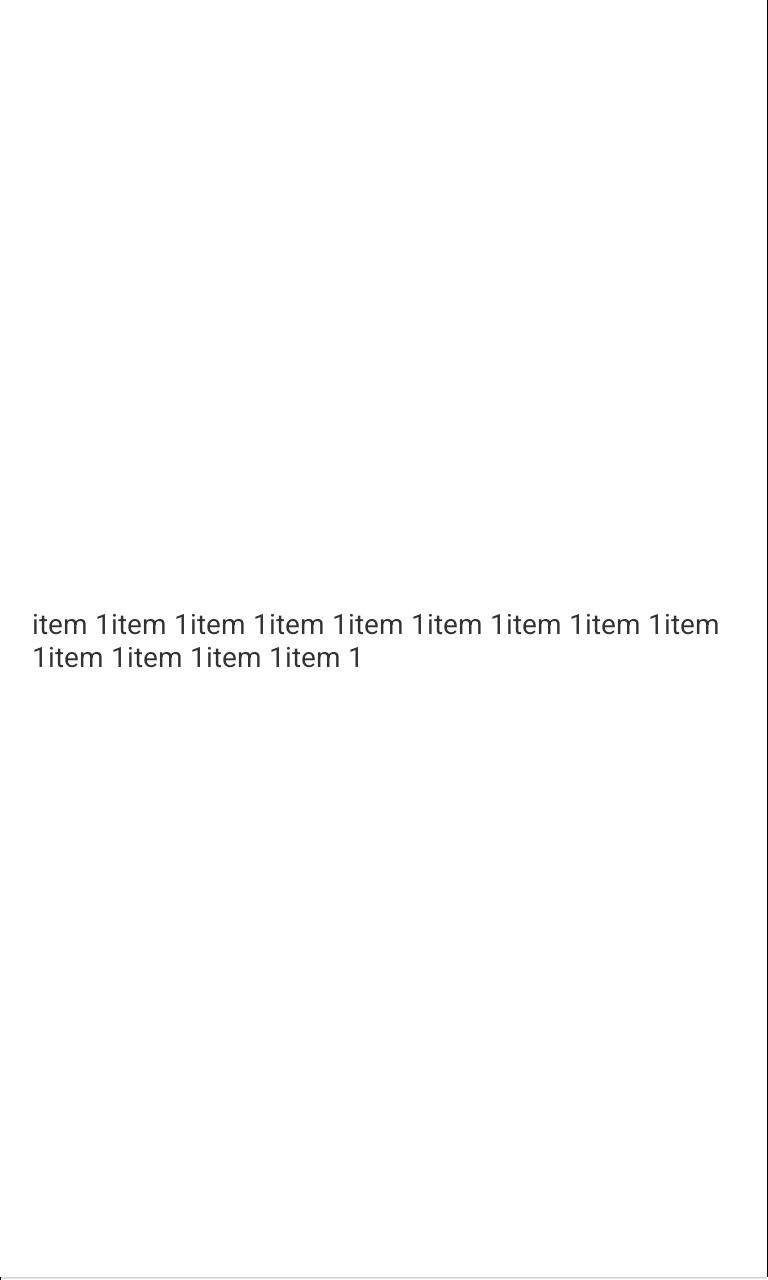
Repository: hellcan/privateReader
Layout: ToeflWrittingAssistant/res/layout/search_listview_item2_activity.xml
An editor plug-in stored every save of this project. The layout is shown before and after the next save, followed by the edit.
It is drawn on a 768 x 1280 px phone screen (xhdpi) without system bars, with theme AppTheme; the app's code is not run.

Above is the layout before, as saved 2014-04-27 22:11:43.

### ToeflWrittingAssistant/res/layout/search_listview_item2_activity.xml
<?xml version="1.0" encoding="utf-8"?>
<LinearLayout xmlns:android="http://schemas.android.com/apk/res/android"
    android:layout_width="fill_parent"
    android:layout_height="wrap_content"
    android:background="@drawable/contact_listitem"
    android:orientation="vertical"
    android:gravity="center_vertical"
     >


    <TextView
        android:id="@+id/search_result"
        android:layout_width="wrap_content"
        android:layout_height="wrap_content"
        android:gravity="center_vertical"
        android:layout_gravity="center_vertical"
        android:paddingTop="8dip"
        android:paddingLeft="8dip"
        android:paddingBottom="8dip"
        android:text="item 1item 1item 1item 1item 1item 1item 1item 1item 1item 1item 1item 1item 1"
        android:layout_margin="8dip"
        android:maxLines="5"
         />


</LinearLayout>

### ToeflWrittingAssistant/res/drawable/contact_listitem.xml
<?xml version="1.0" encoding="utf-8"?>
<selector
  xmlns:android="http://schemas.android.com/apk/res/android">
    <item android:state_selected="true"
          android:drawable="@drawable/mm_listitem_pressed" />
    <item android:state_focused="true"
          android:drawable="@drawable/mm_listitem_pressed" />
    <item android:state_focused="false"
          android:state_pressed="true"
          android:drawable="@drawable/mm_listitem_pressed" />
    <item android:drawable="@drawable/mm_listitem_simple" />
</selector>

Loaded but not shown: ToeflWrittingAssistant/res/values/styles.xml (common file); ToeflWrittingAssistant/res/values-v11/styles.xml (common file); ToeflWrittingAssistant/res/values-v14/styles.xml (common file)

After the next save:
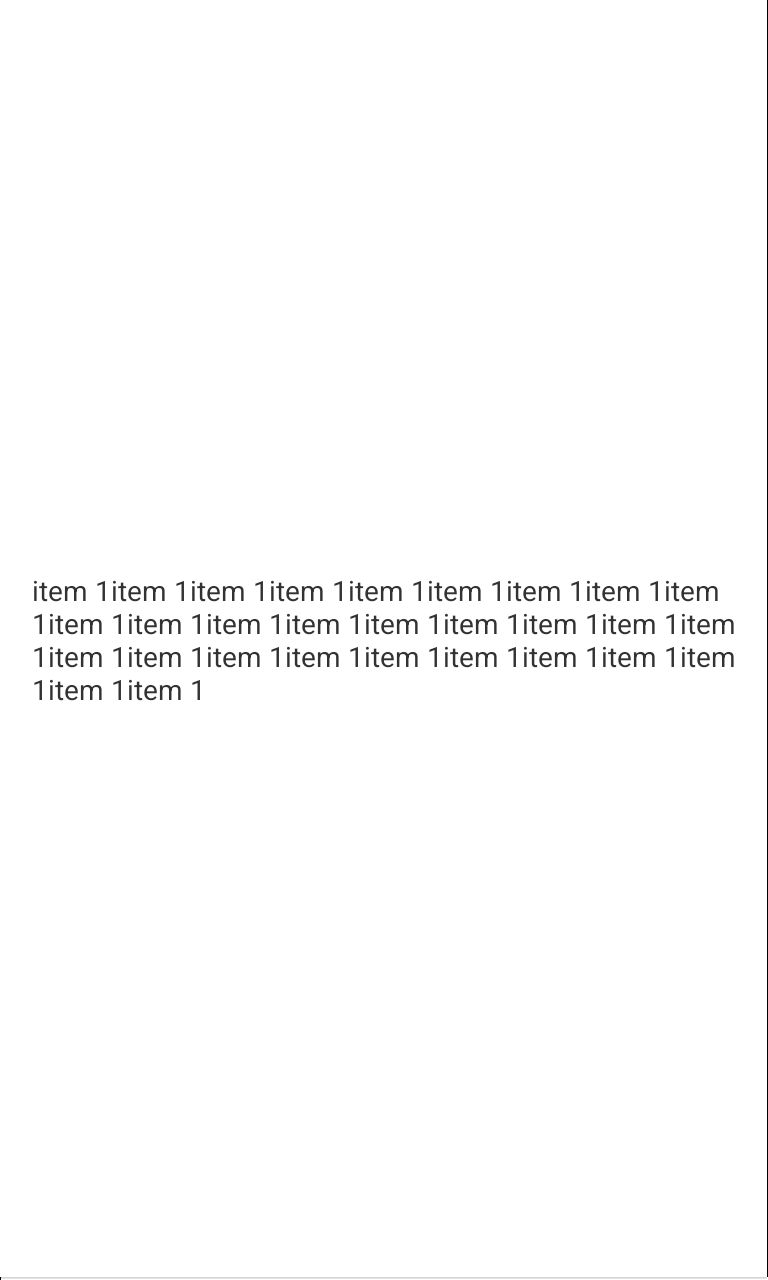
Saved 4 s later.
--- a/ToeflWrittingAssistant/res/layout/search_listview_item2_activity.xml
+++ b/ToeflWrittingAssistant/res/layout/search_listview_item2_activity.xml
@@ -17,7 +17,7 @@
         android:paddingTop="8dip"
         android:paddingLeft="8dip"
         android:paddingBottom="8dip"
-        android:text="item 1item 1item 1item 1item 1item 1item 1item 1item 1item 1item 1item 1item 1"
+        android:text="item 1item 1item 1item 1item 1item 1item 1item 1item 1item 1item 1item 1item 1item 1item 1item 1item 1item 1item 1item 1item 1item 1item 1item 1item 1item 1item 1item 1item 1"
         android:layout_margin="8dip"
         android:maxLines="5"
          />
